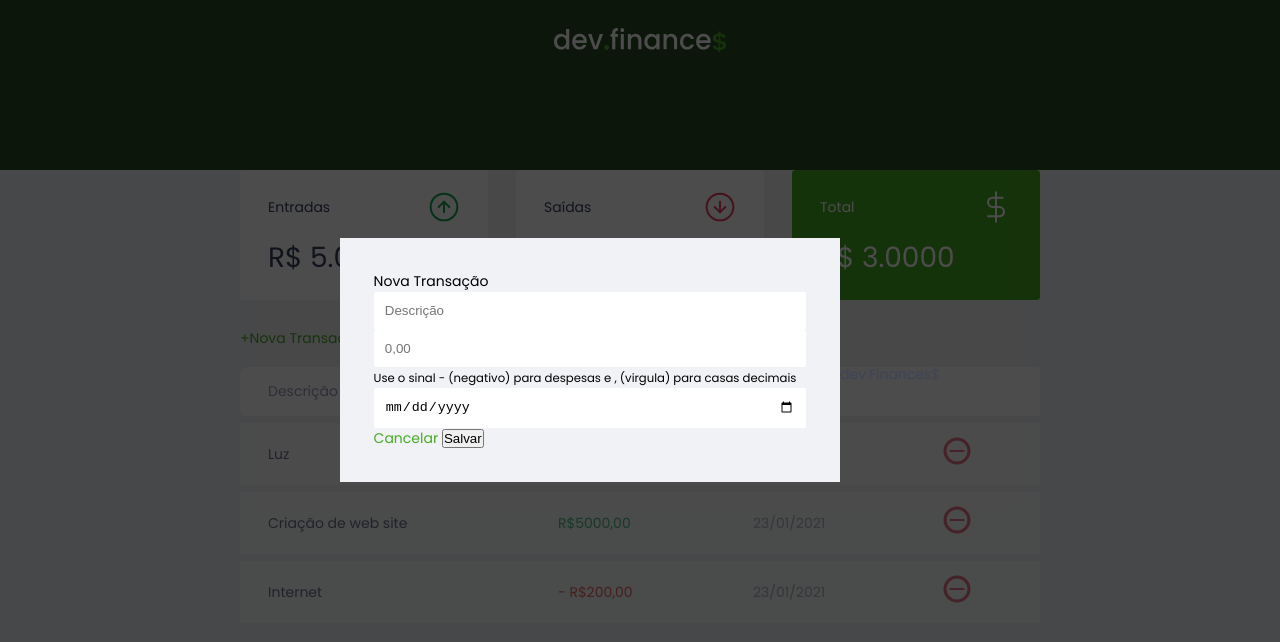
Repository: rafaelmgr12/maratona-dev01
Page: index.html
An editor plug-in stored every save of this project. The page is shown before and after the next save, followed by the edit.
The browser window is 1280 px wide. The pictures show the whole page.

Above is the page before, as saved 2021-04-28 13:20:27.

### index.html
<!DOCTYPE html>
<html lang="pt-br">
  <head>
    <meta charset="UTF-8" />
    <meta http-equiv="X-UA-Compatible" content="IE=edge" />
    <meta name="viewport" content="width=device-width, initial-scale=1.0" />
    <title>Rafael-app.finance$</title>
    <link rel="stylesheet" href="style.css" />
    <link rel="preconnect" href="https://fonts.gstatic.com" />
    <link
      href="https://fonts.googleapis.com/css2?family=Poppins:ital,wght@0,100;0,400;0,700;1,100;1,400;1,700&display=swap"
      rel="stylesheet"
    />
  </head>
  <body>
    <header>
      <img src="./assets/logo.svg" alt="Logo dev.Finance" />
    </header>
    <main class="container">
      <section id="balance">
        <h2 class="sr-only">Balanço</h2>

        <div class="card">
          <h3>
            <span>Entradas </span>
            <img src="./assets/income.svg" alt="Imagem de entradas" />
          </h3>
          <p>R$ 5.000,0</p>
        </div>
        <div class="card">
          <h3>
            <span>Saídas</span>
            <img src="./assets/expense.svg" alt="Image de saídas" />
          </h3>
          <p>R$ 2.000,00</p>
        </div>
        <div class="card total">
          <h3>
            <span>Total</span>
            <img src="./assets/total.svg" alt="Image de total" />
          </h3>
          <p>R$ 3.0000</p>
        </div>
      </section>
      <section id="transaction">
        <h2 class="sr-only">Transações</h2>

        <a href="#" class="button new">+Nova Transação</a>

        <table id="data-table">
          <thead>
            <tr>
              <th>Descrição</th>
              <th>Valor</th>
              <th>Data</th>
              <th></th>
            </tr>
          </thead>
          <tbody>
            <tr>
              <td class="description">Luz</td>
              <td class="expense">- R$500,00</td>
              <td class="date">23/01/2021</td>
              <td><img src="./assets/minus.svg" alt="Retirar Transação" /></td>
            </tr>
            <tr>
              <td class="description">Criação de web site</td>
              <td class="income">R$5000,00</td>
              <td class="date">23/01/2021</td>
              <td><img src="./assets/minus.svg" alt="Retirar Transação" /></td>
            </tr>
            <tr>
              <td class="description">Internet</td>
              <td class="expense">- R$200,00</td>
              <td class="date">23/01/2021</td>
              <td><img src="./assets/minus.svg" alt="Retirar Transação" /></td>
            </tr>
          </tbody>
        </table>
      </section>
    </main>
    <div class="modal-overlay active">
      <div class="modal">
        Nova Transação
        <form action="">
          <div class="input-group">
            <label class="sr-only" for="description"> Descrição </label>
            <input
              type="text"
              id="description"
              name="description"
              placeholder="Descrição"
            />
          </div>
          <div class="input-group">
            <label class="sr-only" for="amount"> Valor </label>
            <input
              type="number"
              step="0.01"
              id="amount"
              name="amount"
              placeholder="0,00"
            />
            <small class="help">
              Use o sinal - (negativo) para despesas e , (virgula) para casas
              decimais
            </small>
            <div class="input-group">
              <label class="sr-only" for="date"> Data </label>
              <input
                type="date"
                step="0.01"
                id="date"
                name="date"
              />
          </div>
          <div class="input-group actions">
            <a href="#" class="button cancel"> Cancelar</a>
            <button>Salvar</button>
          </div>
        </form>
      </div>
    </div>
    <footer>dev.Finances$</footer>
  </body>
</html>

### style.css
/* Global ======================================== */
:root {
  --dark-blue: #363f5f;
}
* {
  margin: 0;
  padding: 0;
  box-sizing: border-box;
}

html {
  font-size: 93.75%; /* 15px */
}

body {
  background: #f0f2f5;
  font-family: "Poppins", sans-serif;
}
/*Tricks para sumir elementos da tela, mantendo a funcionalidade de um screenreader*/
.sr-only {
  position: absolute;
  width: 1px;
  height: 1px;
  padding: 0;
  margin: -1px;
  overflow: hidden;
  clip: rect(0, 0, 0, 0);
  white-space: nowrap;
  border-width: 0;
}
.container {
  width: min(90vw, 800px);
  margin: auto;
}
/* Titles ======================================== */
h2 {
  margin-top: 3.2rem;
  margin-bottom: 0.8rem;
  color: var(--dark-blue);

  font-weight: normal;
}
/* Links and Buttons ======================================== */
a {
  color: #49aa26;
  text-decoration: none;
}

a:hover {
  color: #3dd705;
}

.button.new {
  display: inline-block;
  margin-bottom: 0.8rem;
}

/* Header ======================================== */
header {
  background: #2d4a22;
  padding: 2rem 0 8rem;
  text-align: center;
}

#logo {
  color: #fff;
  font-weight: 100;
}

/* Balance ======================================== */
balance {
  margin-top: -8rem;
}

balance h2 {
  color: white;
  margin-top: 0;
}

/* Cards ======================================== */

.card {
  background: white;
  padding: 1.5rem 2rem;
  border-radius: 0.25rem;

  margin-bottom: 2rem;

  color: var(--dark-blue);
}

.card h3 {
  font-weight: normal;
  font-size: 1rem;
  display: flex;
  align-items: center;
  justify-content: space-between;
}

.card p {
  font-size: 2rem;
  line-height: 3rem;

  margin-top: 1rem;
}

.card.total {
  background: #49aa26;
  color: white;
}
/* Table  ======================================== */
#transaction {
  display: block;
  width: 100%;
  overflow-x: auto;
}
#data-table {
  width: 100%;
  border-spacing: 0 0.5rem;
  color: #969cb3;

  overflow-x: auto; /*Para lidar com transbordamento do container*/
}
table thead tr th:first-child,
table thead tr td:first-child {
  border-radius: 0.5rem 0 0 0.5rem;
}

table thead tr th:last-child,
table thead tr td:last-child {
  border-radius: 0 0.25rem 0.25rem 0;
}

table thead th {
  background: white;

  font-weight: normal;
  padding: 1rem 2rem;
  text-align: left;
}
table tbody tr {
  opacity: 0.7;
}
table tr:hover {
  opacity: 1;
}
table tbody td {
  background: white;
  padding: 1rem 2rem;
}

td.description {
  color: var(--dark-blue);
}

td.income {
  color: #12a454;
}
td.expense {
  color: #e92929;
}
/* Modal ======================================== */
.modal-overlay {
  width: 100%;
  height: 100%;

  background-color: rgb(0, 0, 0, 0.7);
  position: fixed;
  top: 0;

  display: flex;
  align-items: center;
  justify-content: center;

  opacity: 0;
  visibility: hidden;
}
.modal-overlay.active {
  opacity: 1;
  visibility: visible;
}
.modal {
  background: #f0f2f5;
  padding: 2.4rem;
  position: relative;
  width: 70%;
  max-width: 500px;
}
/* Form ======================================== */

#form {
  max-width: 500px;
}
#form h2 {
  margin-top: 0;
}

input {
  border: none;
  border-radius : 0.2rem;
  padding : 0.8rem;

  width: 100%;
}
.input.group{
  margin-top: 0.8rem;

}


/* footer ======================================== */
footer {
  text-align: center;
  padding: 4rem 0 2rem;
  color: var(--dark-blue);

  opacity: 0.6;
}
/* Responsive ======================================== */

@media (min-width: 800px) {
  html {
    font-size: 87.5%;
  }
  #balance {
    display: grid;
    grid-template-columns: repeat(3, 1fr);
    gap: 2rem;
  }
}

After the next save:
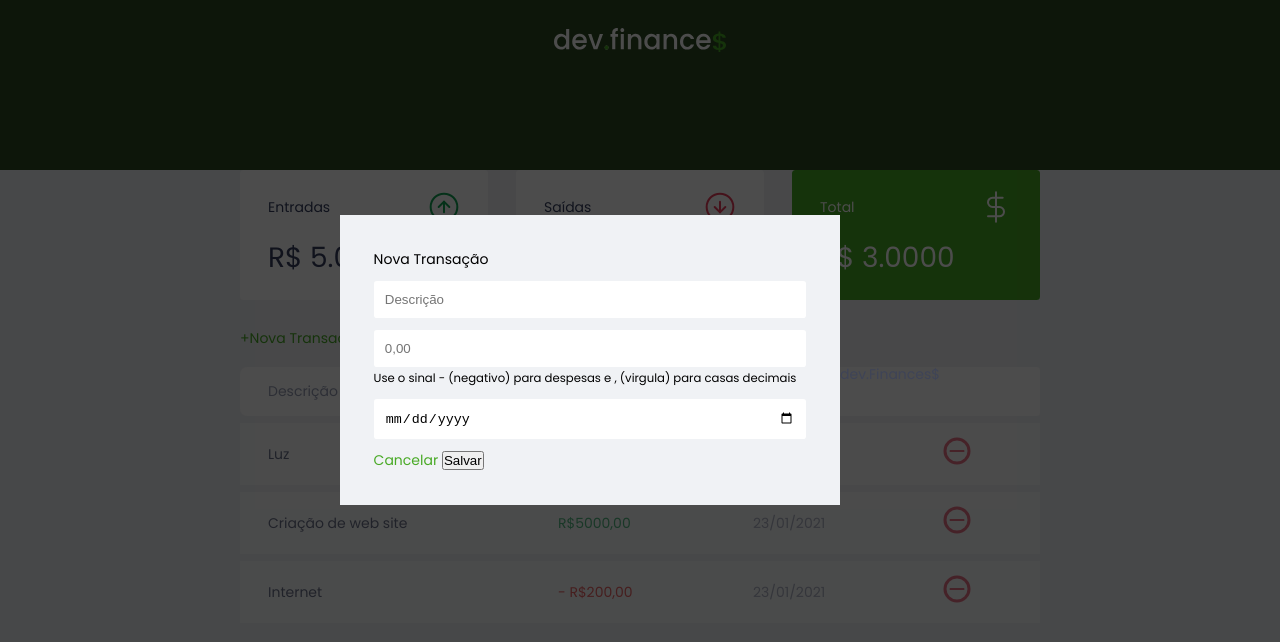
Saved 8 s later.
--- a/style.css
+++ b/style.css
@@ -202,7 +202,7 @@ input {
 
   width: 100%;
 }
-.input.group{
+.input-group{
   margin-top: 0.8rem;
 
 }
